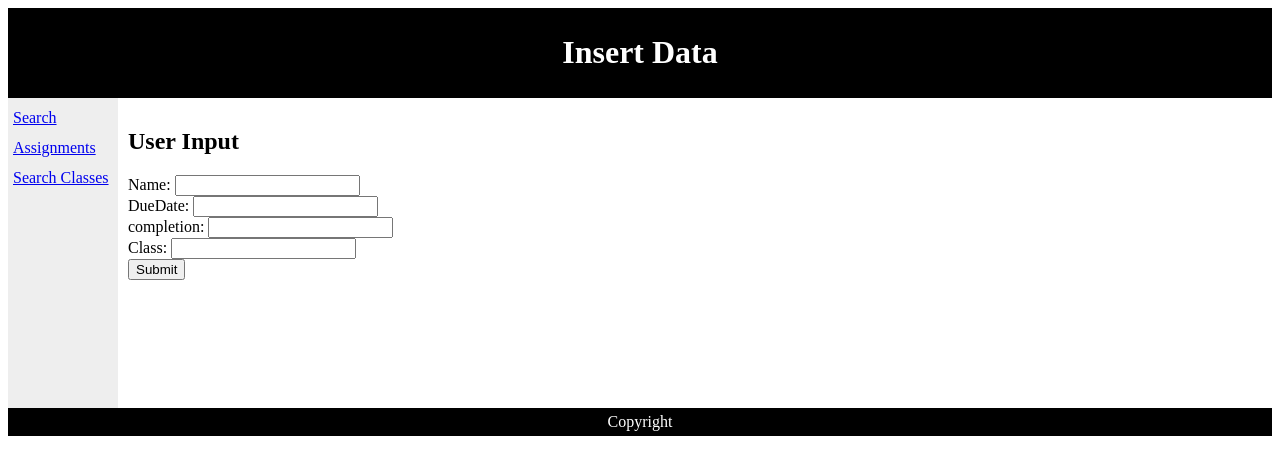
Repository: bpinkelman/Tech-Exercise
Page: planner-pinkelman/WebContent/AssignmentInsert.html
An editor plug-in stored every save of this project. The page is shown before and after the next save, followed by the edit.
The browser window is 1280 px wide. The pictures show the whole page.

Above is the page before, as saved 2020-02-28 00:45:59.

After the next save:
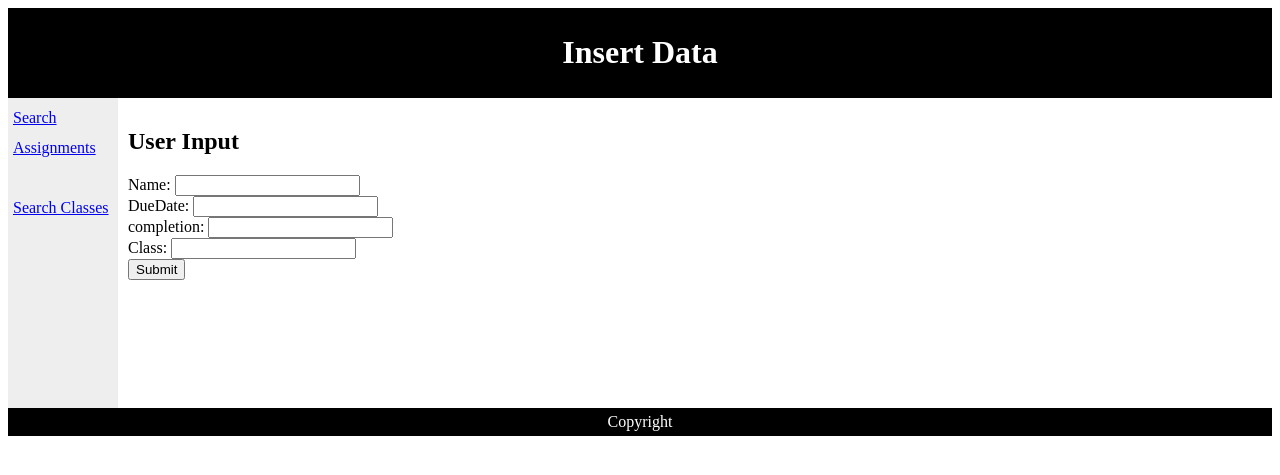
Saved 13 s later.
--- a/planner-pinkelman/WebContent/AssignmentInsert.html
+++ b/planner-pinkelman/WebContent/AssignmentInsert.html
@@ -36,8 +36,8 @@ footer {
 </header>
 
 <nav>
-<a href="/planner-pinkelman/AssignmentSearch.html">Search Assignments</a> <br>
-<a href="/planner-pinkelman/simpleFormSearch.html">Search Classes</a> <br>
+<a href="/planner-pinkelman/AssignmentSearch.html">Search Assignments</a> <br><br>
+<a href="/planner-pinkelman/simpleFormSearch.html">Search Classes</a> <br><br>
 </nav>
 
 <section>
